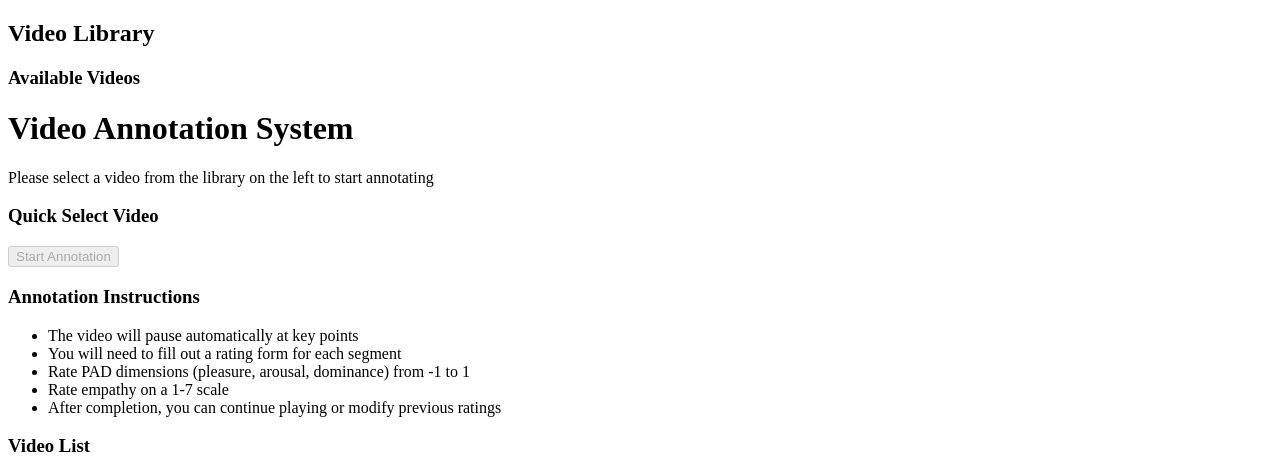
Repository: Matsuyou-Wang/MPES-system
Page: annotation.html
An editor plug-in stored every save of this project. The page is shown before and after the next save, followed by the edit.
The browser window is 1280 px wide. The pictures show the part of the page from y = 0 to 456 px (the page is 1592 px tall before and 1642 px after).
A picture or video elsewhere on the page could not be fetched, so the positions and the page height are approximate.

Above is the page before, as saved 2025-11-24 15:35:13.
Console error: TypeError: Cannot read properties of null (reading 'addEventListener')

After the next save:
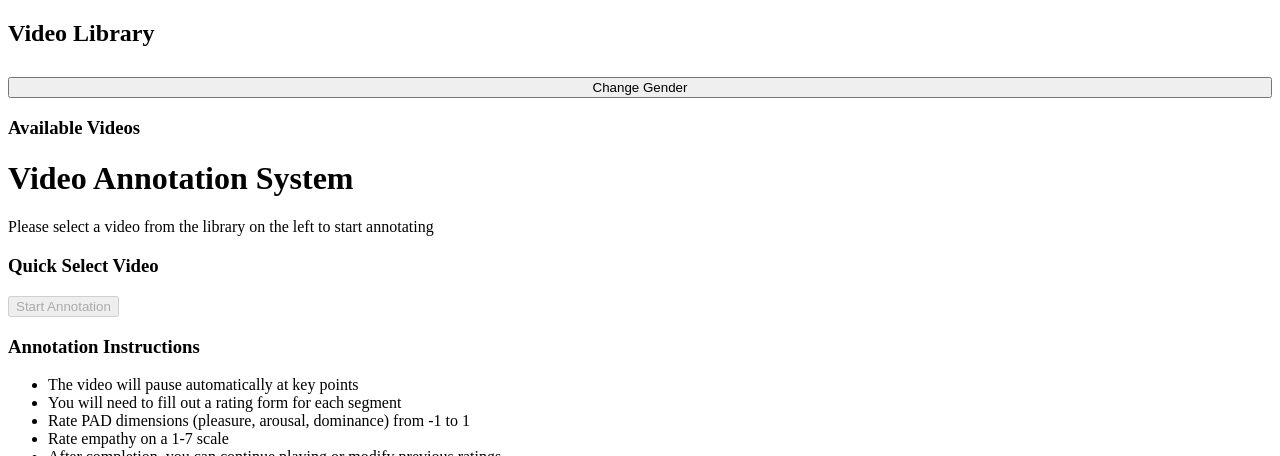
Saved 9 s later.
--- a/annotation.html
+++ b/annotation.html
@@ -11,7 +11,8 @@
         <!-- Sidebar: Video Library -->
         <aside class="sidebar">
             <div class="sidebar-header">
-                <h2>Video Library</h2>
+                <h2 id="genderTitle">Video Library</h2>
+                <button onclick="goBack()" class="btn btn-secondary" style="margin-top: 10px; width: 100%;">Change Gender</button>
             </div>
             <div class="video-library">
                 <h3>Available Videos</h3>
